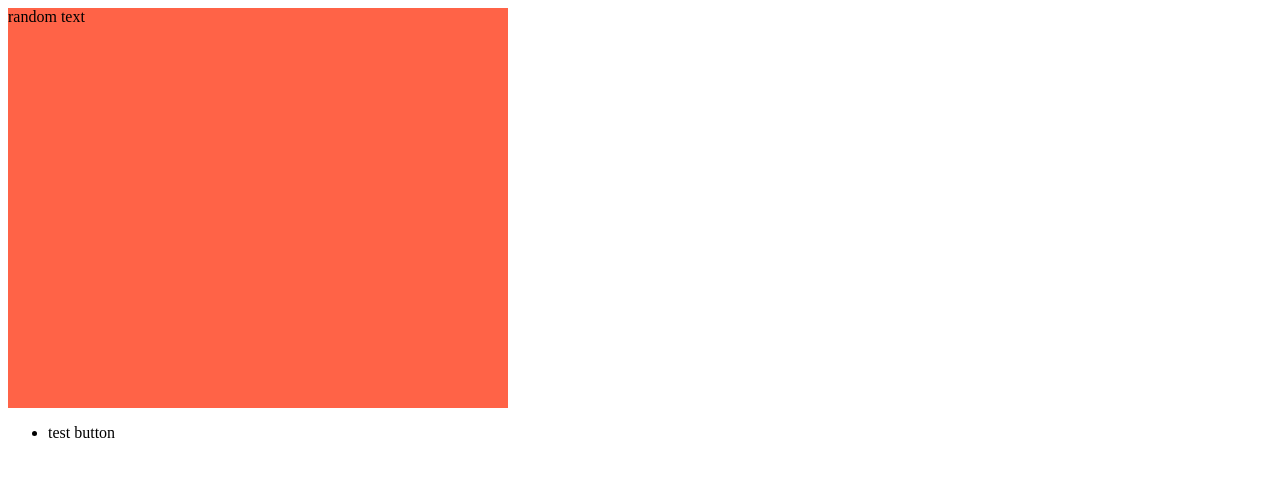
Repository: rohdejakub/portfolio
Page: test.html
These files come from the project's save history. The page is drawn as it stood at one moment and after a run of saves; the edit follows.
The browser window is 1280 px wide. The pictures show the whole page.

Above is the page before, as saved 2018-11-13 00:09:47.

After the next 5 saves:
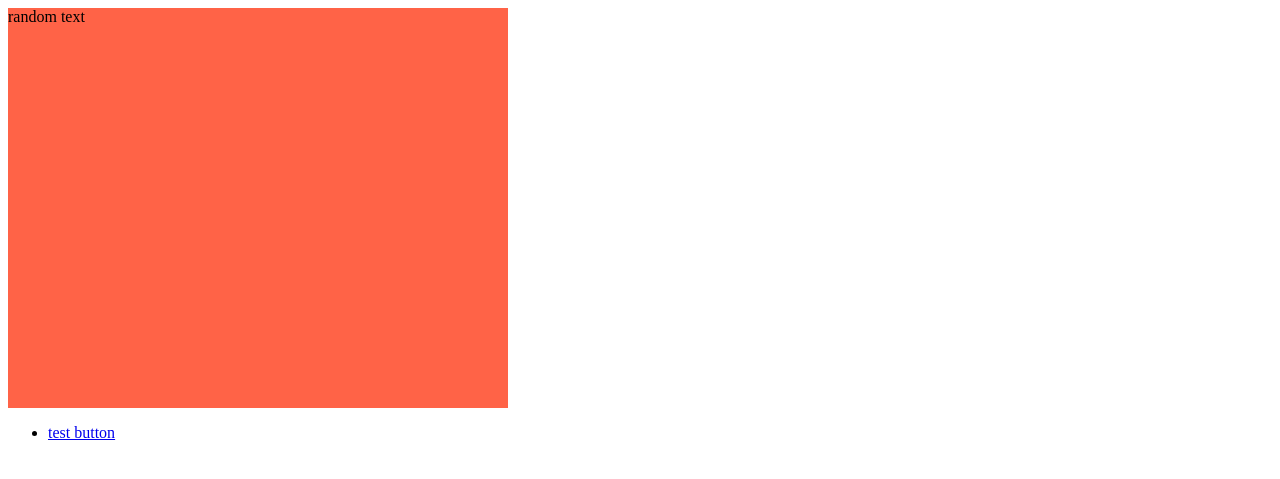
The 5 saves are shown as one change because they came seconds apart.
The last was saved 22 s later.
--- a/test.html
+++ b/test.html
@@ -11,7 +11,7 @@
 <body>
     <div id='test'> random text</div>
     <ul>
-        <li><a  id='button'>test button</a></li>
+        <li><a href='id='button'>test button</a></li>
     </ul>
     <script>
     $('#button').click(function(){
